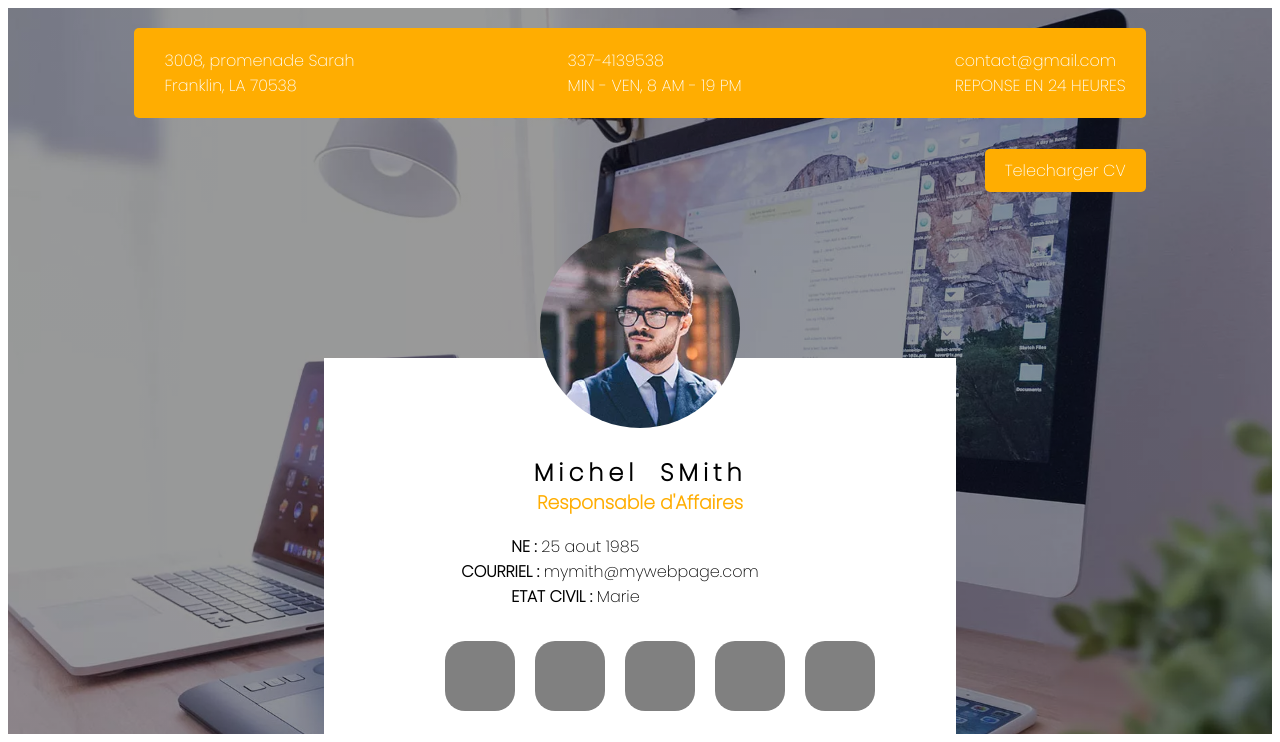
Repository: wadelfadill/CV_PORTFOLIO
Page: index.html
The author's editor kept a copy of each file at every save. The page is drawn from the files as they stood at one save, then again after the next save.
The browser window is 1280 px wide. The pictures show the whole page.
Some icons come from a web library that is not loaded, so they are not drawn. Backgrounds fixed to the window are drawn as part of the page.

Above is the page before, as saved 2023-03-14 10:23:12.

After the next save:
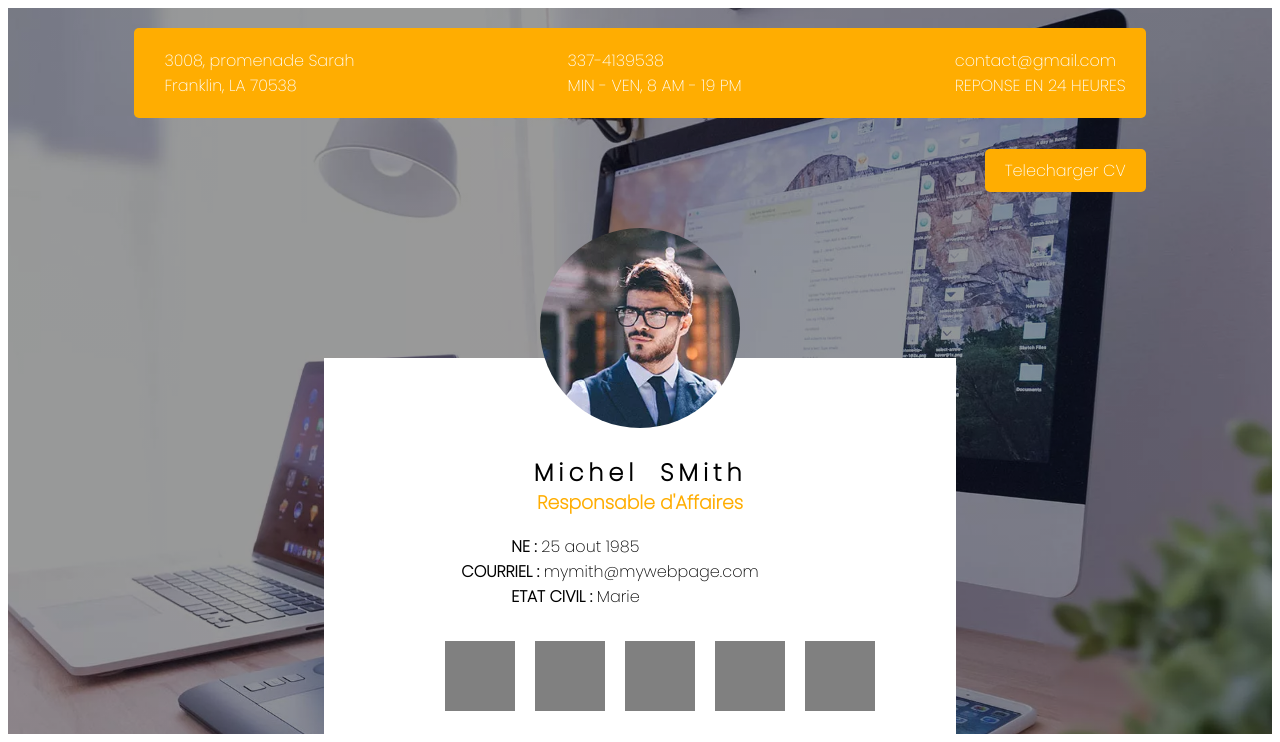
Saved 48 s later.
--- a/style.css
+++ b/style.css
@@ -99,7 +99,7 @@ header{
 .social-reseau a{
     display: inline-block;
     color: white;
-    border-radius: 20px;
+
     text-decoration: none;
     background-color: gray;
     padding: 35px;
